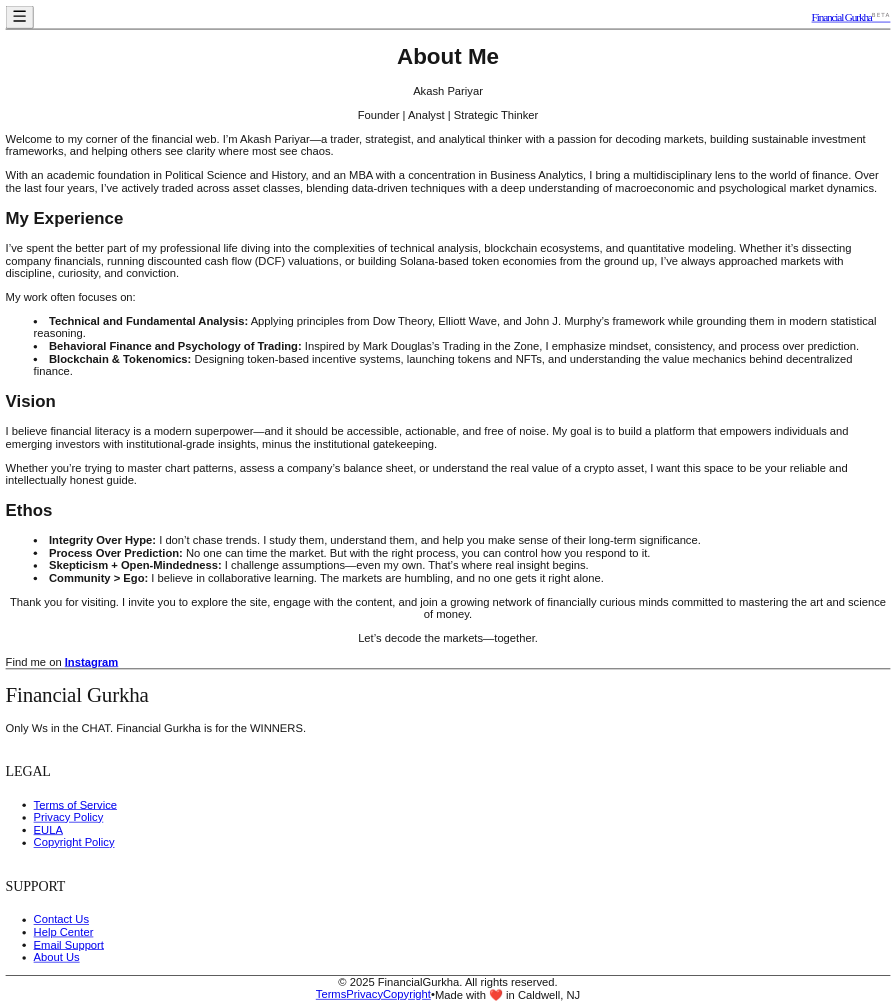
Repository: dayvoid97/explorer
Page: /about/akash
The author's editor kept a copy of each file at every save. The page is drawn from the files as they stood at one save, then again after the next save.
The browser window is 1280 px wide. The pictures show the whole page, at 70% of full size.
The page's requests for data from a server got no answer. The project was rebuilt for these pictures with package versions that can differ from the ones it lists, and the page was loaded fresh each time. The framework's server and built-in components were replaced by stand-ins that run in the browser. No one was signed in, and anything a server would have sent is missing. Also part of the build but not shown: next.config.ts, src/app/lib/auth.ts, src/app/lib/api.ts, src/app/hooks/classifyExternalLinks.ts, src/app/components/QuickPostButton.tsx.

Above is the page before, as saved 2025-10-13 17:38:26.

After the next save:
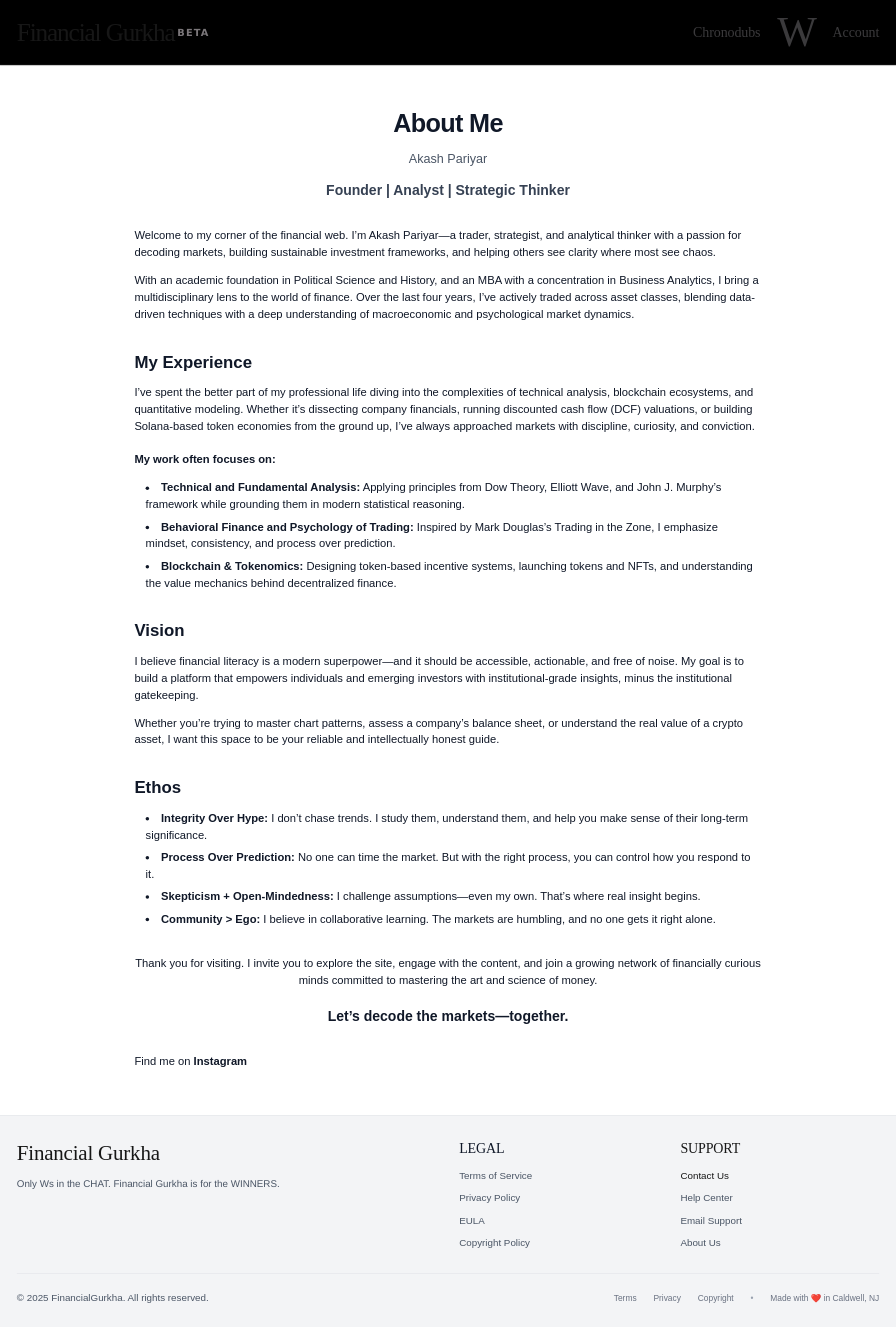
Saved 92 s later.
--- a/src/app/globals.css
+++ b/src/app/globals.css
@@ -1,13 +1,8 @@
-@tailwind base;
-@tailwind components;
-@tailwind utilities;
+@import 'tailwindcss';
 
 :root {
   --background: #ffffff;
   --foreground: #171717;
-  --font-geist-sans: -apple-system, BlinkMacSystemFont, 'Segoe UI', 'Roboto', 'Oxygen', 'Ubuntu',
-    'Cantarell', 'Fira Sans', 'Droid Sans', 'Helvetica Neue', sans-serif;
-  --font-geist-mono: 'Courier New', monospace;
 }
 
 @media (prefers-color-scheme: dark) {
